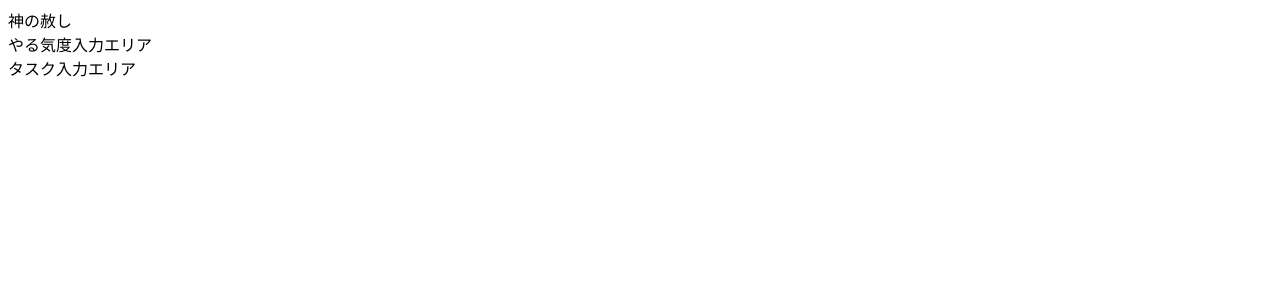
Repository: masa0306/god_forgiveness
Page: index.html
An editor plug-in stored every save of this project. The page is shown before and after the next save, followed by the edit.
The browser window is 1280 px wide. The pictures show the whole page.

Above is the page before, as saved 2024-05-14 22:35:38.

### index.html
<!DOCTYPE html>
<html lang="en">
<head>
    <meta charset="UTF-8">
    <meta name="viewport" content="width=device-width, initial-scale=1.0">
    <title>Document</title>
</head>
<body>
    <!--  -->
    <div>神の赦し</div>
    <div>やる気度入力エリア</div>
    <div>タスク入力エリア</div>
    <div></div>
    <script src="https://ajax.googleapis.com/ajax/libs/jquery/3.7.0/jquery.min.js"></script>
    <script src="/js/script.js"></script>

</body>
</html>

Loaded but not shown: js/script.js (no copy from this time; the picture is the same without it)

After the next save:
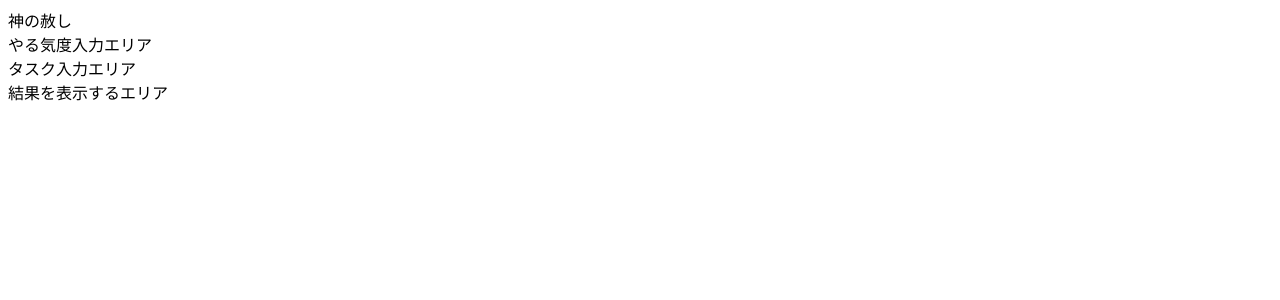
Saved 23 s later.
--- a/index.html
+++ b/index.html
@@ -10,7 +10,7 @@
     <div>神の赦し</div>
     <div>やる気度入力エリア</div>
     <div>タスク入力エリア</div>
-    <div></div>
+    <div>結果を表示するエリア</div>
     <script src="https://ajax.googleapis.com/ajax/libs/jquery/3.7.0/jquery.min.js"></script>
     <script src="/js/script.js"></script>
 
